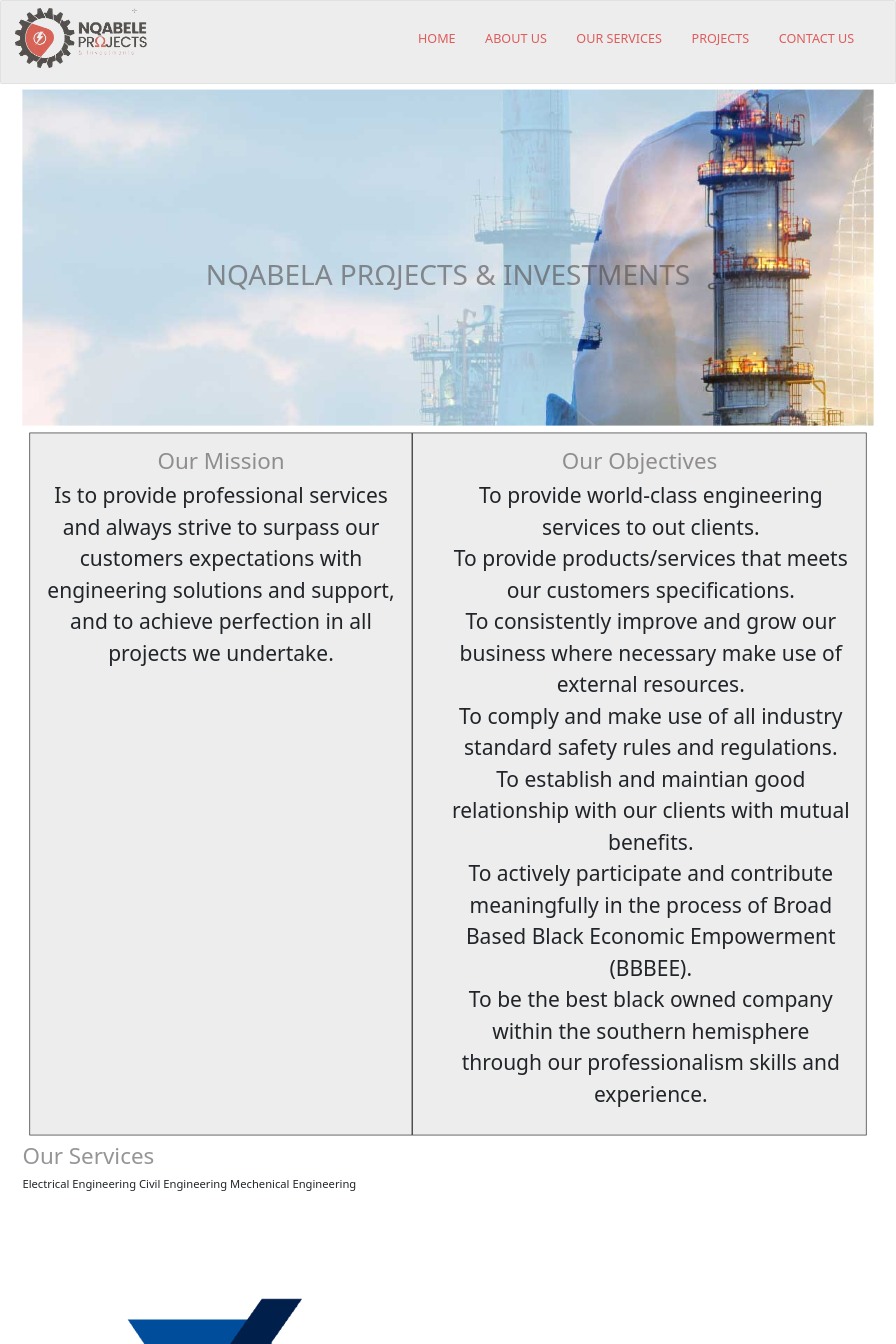
Repository: mnqobiMenzi/Nqabela
Page: index.html
The author's editor kept a copy of each file at every save. The page is drawn from the files as they stood at one save, then again after a run of saves.
The browser window is 1280 px wide. The pictures show the part of the page from y = 0 to 1920 px (the page is 3090 px tall), at 70% of full size.

Above is the page before, as saved 2024-01-30 20:31:36.

After the next 2 saves:
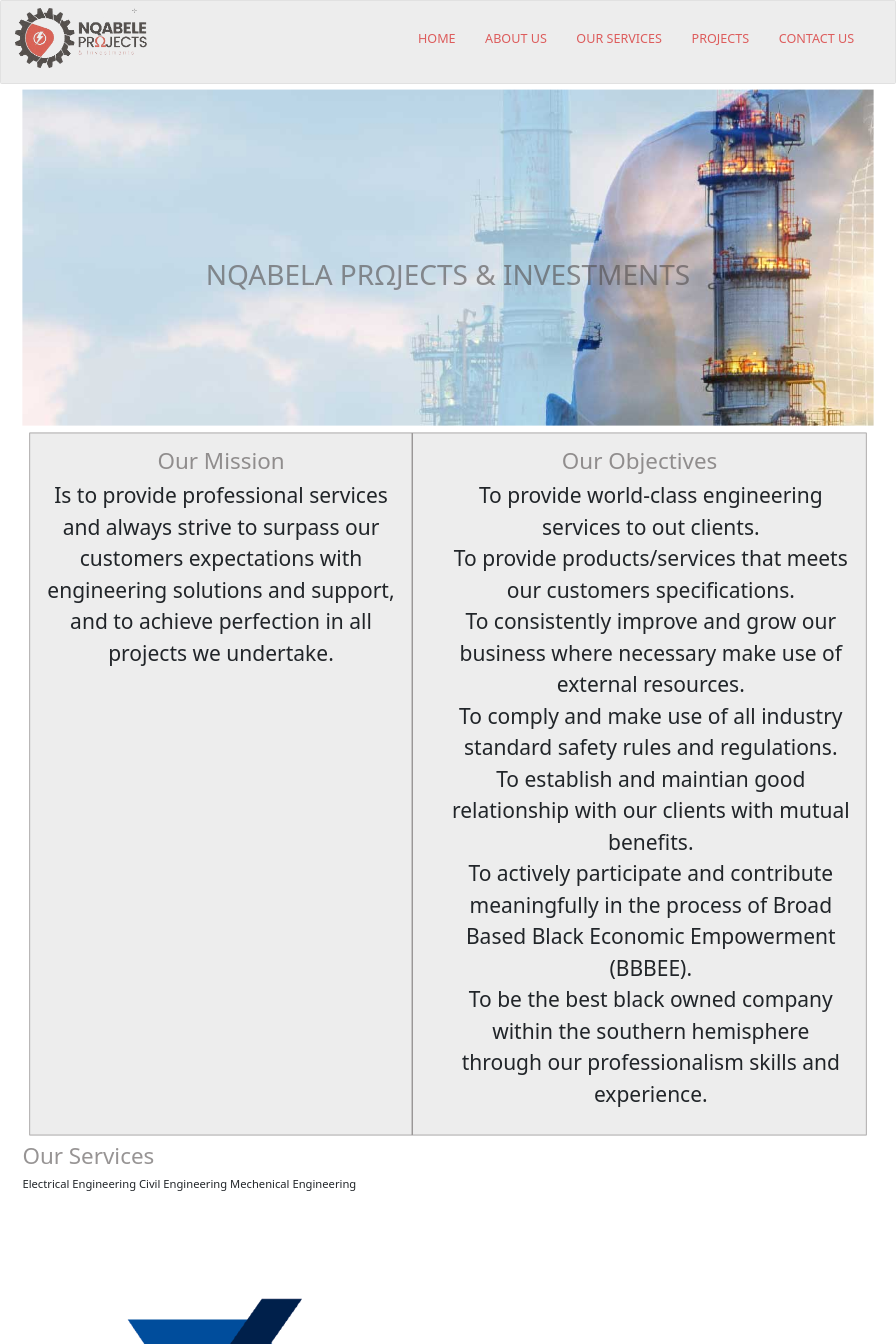
The 2 saves are shown as one change because they came seconds apart.
The last was saved 39 s later.
--- a/style/style.css
+++ b/style/style.css
@@ -94,7 +94,7 @@
 
 .grid-item {
   background-color: var(--textColor);
-  border: 1px solid rgba(0, 0, 0, 0.8);
+  border: 1px solid rgb(82, 77, 77, 0.6);
   padding: 20px;
   font-size: 30px;
   text-align: center;
